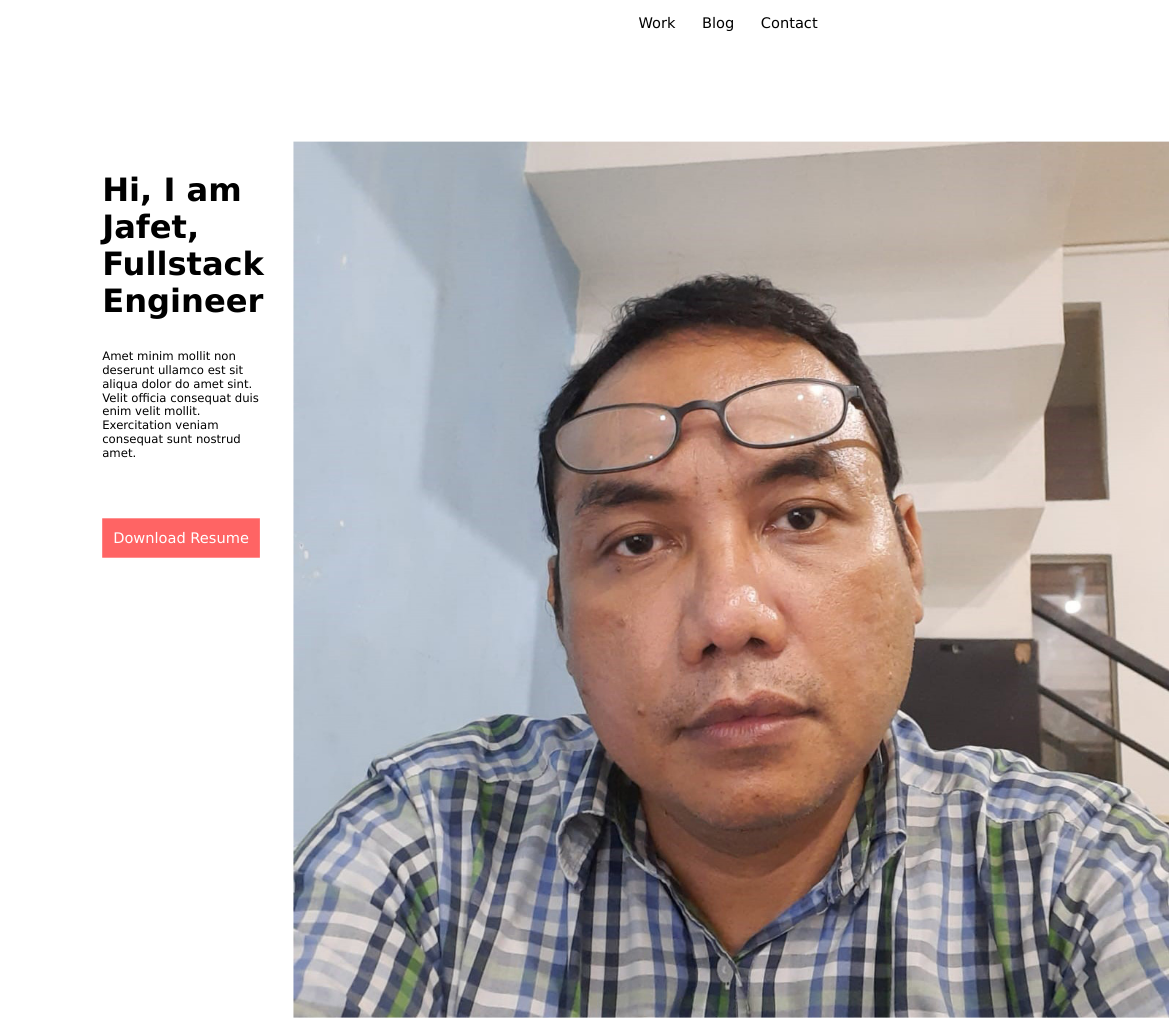
Repository: jafetdn73/portofolio
Page: index.html
These files come from the project's save history. The page is drawn as it stood at one moment and after the next save; the edit follows.
The browser window is 1280 px wide. The page is 1602 px wide, then 1562 px, so the pictures cover 1602 px, including what lies to the right of the window. The pictures show the whole page, at 73% of full size.

Above is the page before, as saved 2022-02-21 12:05:42.

After the next save:
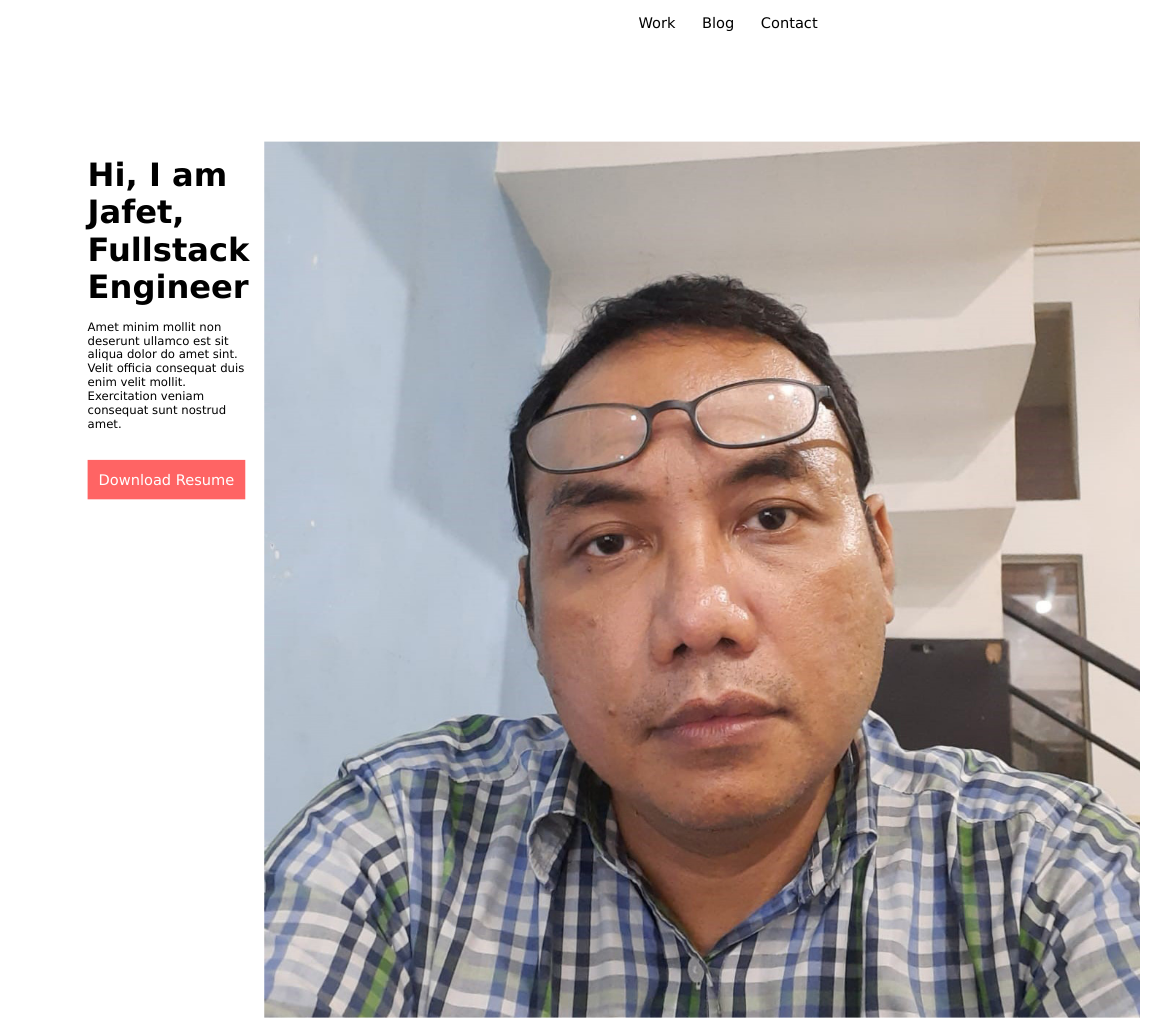
Saved 24 s later.
--- a/figma.css
+++ b/figma.css
@@ -41,7 +41,7 @@
 
 .hero-text h1, p, button
 {
-    margin: 40px;
+    margin: 20px;
 }
 
 .hero-text button {
